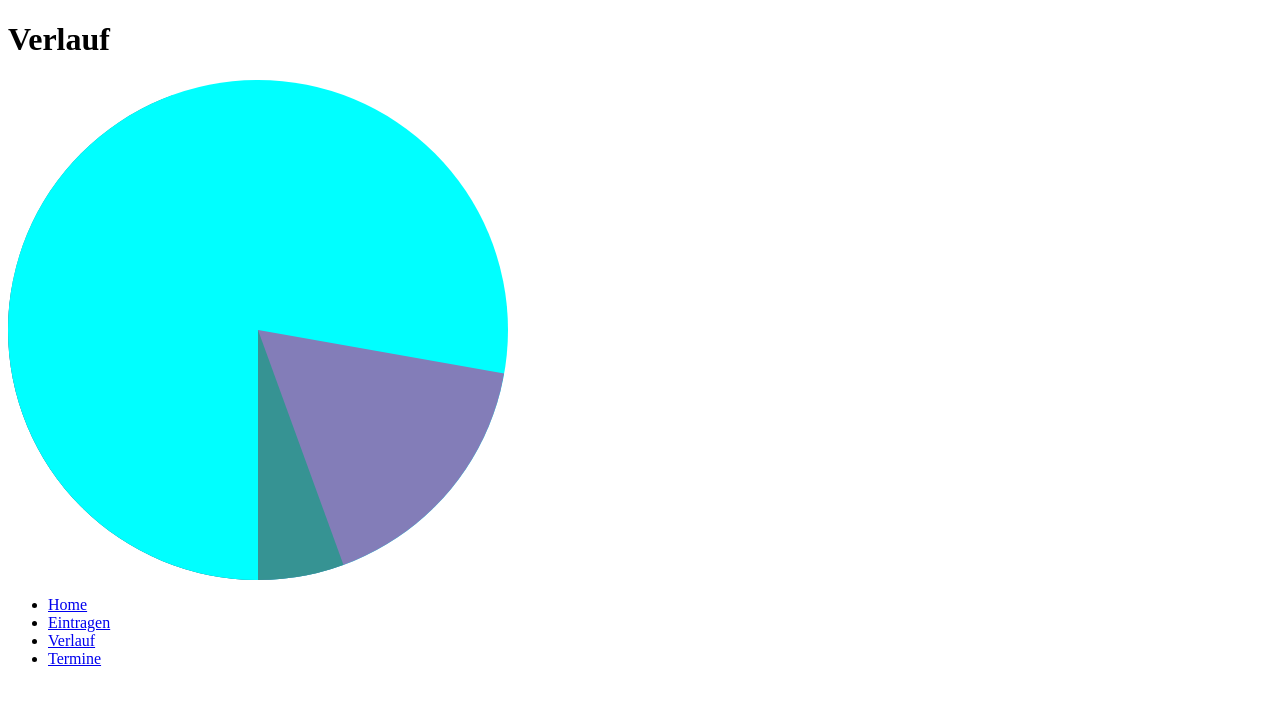
Repository: jakemoes/Pet-Tracker
Page: PWA/trend.html
The author's editor kept a copy of each file at every save. The page is drawn from the files as they stood at one save, then again after the next save.
The browser window is 1280 px wide. The pictures show the whole page.

Above is the page before, as saved 2024-12-05 01:17:23.

After the next save:
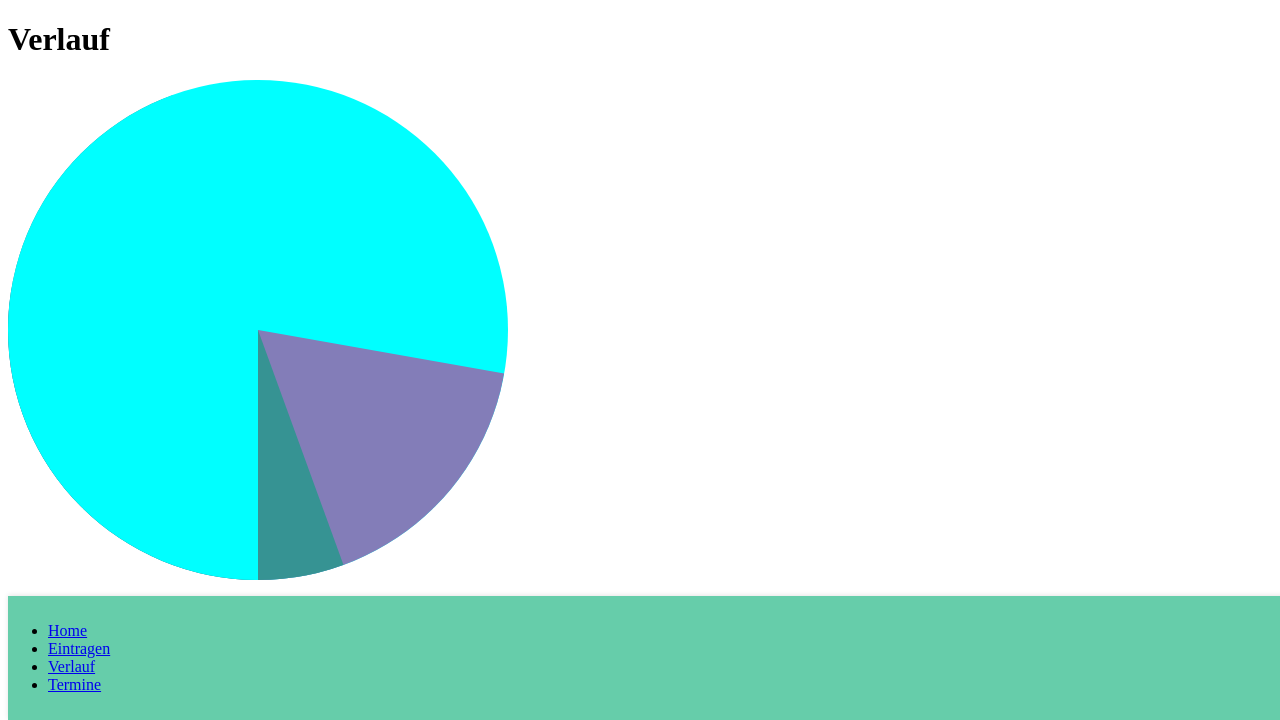
Saved 3 min 22 s later.
--- a/PWA/trend.css
+++ b/PWA/trend.css
@@ -65,3 +65,12 @@
  .layer:nth-child(4)::before {
     transform: rotate(20deg);
  }
+
+ footer {
+    position: fixed;
+    bottom: 0;
+    width: 100%;
+    background-color: #66cdaa;
+    padding: 10px 0;
+    box-shadow: 0 -1px 5px rgba(0, 0, 0, 0.1);
+}
